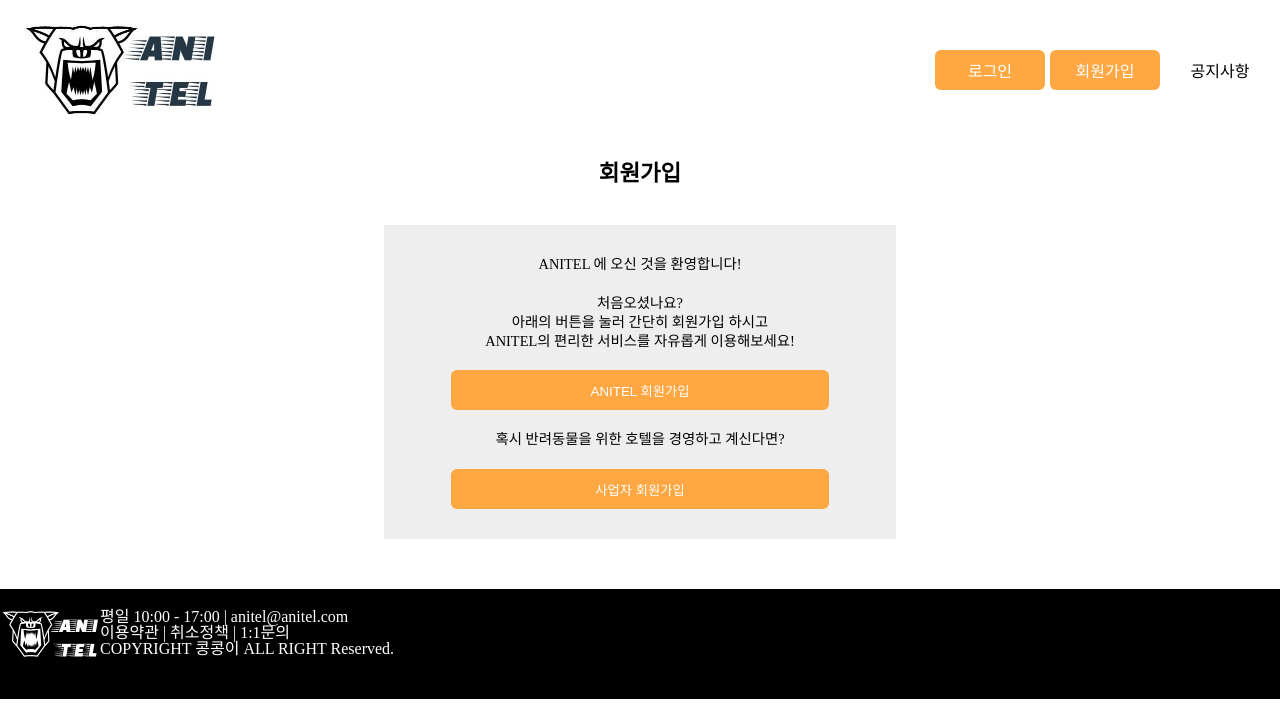
Repository: bangms/anitel
Page: http://localhost/anitel/anitel/member/signIn.jsp
These files come from the project's save history. The page is drawn as it stood at one moment and after the next save; the edit follows.
The browser window is 1280 px wide. The pictures show the whole page.
The page is served by Tomcat 9. Other server files are loaded and not shown.

Above is the page before, as saved 2021-06-30 16:12:39.

### workspace/anitel/WebContent/anitel/member/signIn.jsp
<%@ page language="java" contentType="text/html; charset=UTF-8"
    pageEncoding="UTF-8"%>
<!DOCTYPE html>
<html>
<head>
	<meta charset="UTF-8">
	<title>Insert title here</title>
	<link rel="stylesheet" href="style/style.css">
	<link rel="stylesheet" href="style/reset.css">
</head>
<body>
<div id="container">
	<div id="header">
		<div id="logo">
			<img src="imgs/logo.jpg" width="200px" height="100px">
		</div>
		<div id="button">
			<button id="notice">공지사항</button>
			<button id="signin">회원가입</button>
			<button id="login">로그인</button>
		</div>
	</div>
	<div id="signup_wrap">
    <h1 align="center">회원가입</h1>
		<div class="box_wrap">
			<p class="txt1"> ANITEL 에 오신 것을 환영합니다! </p>
			<p class="txt2"> 처음오셨나요?<br />
			아래의 버튼을 눌러 간단히 회원가입 하시고 <br />
			ANITEL의 편리한 서비스를 자유롭게 이용해보세요!
			</p>
			<button class="btn_user_signup" onclick="window.location='signInUserForm.jsp'">ANITEL 회원가입</button>
			<p> 혹시 반려동물을 위한 호텔을 경영하고 계신다면?</p>
			<button class="btn_mem_signup" onclick="window.location='signInMemberForm.jsp'">사업자 회원가입</button>
		</div>
   </div>

  <!-- 여기서부터 푸터입니다. 일단  DON't Touch !!!!!  -->
		<div id="footer">
			 <img src="imgs/logo2.png" width=100px; height=50px;>
			 <p> 평일 10:00 - 17:00 | anitel@anitel.com <br/>
			 이용약관 | 취소정책 | 1:1문의 <br/>
				COPYRIGHT 콩콩이 ALL RIGHT Reserved.</p>
			</div>
  </div>
</body>
</html>

### workspace/anitel/WebContent/anitel/member/style/style.css
 /* 공통 */
 html, body {
 	height: 100%;
 	width: 100%;
 }

#container {
  width: 100%;
}

#header {
	width: 100%;
  height: 140px;
	top:0;
	left: 0;
	background-color:white;
	display:inline-block;
}

#logo {
	width: 300px;
	height:100px;
	padding: 20px;
	float:left;
}

#button {
	height:140px;
	float:right;
}

#button > button {
	margin-top: 50px;
	border: none;
	border-radius: 6px;
 	width: 110px;
 	height:40px;
 	font-size: 16px;
 	cursor: pointer;
	color:white;
	float : right;
	margin-right: 5px;
	background-color:#FFA742;
}


#button button#notice{
	background-color: #fff;
	color:black;
}

#button button:hover{
	background-color:#FF822B !important;
	color:#fff !important;
}

#footer {
	height:70px;
	width:100%;
	background-color:black;
	color:white;
	padding: 20px 0;
	margin-top: 50px;
}

/* + 추가로 footer 글부분 수정 필요함 */

    p{
    	margin-top:10px;
    	font-size: 13px;
    	margin-left : 200px;

    }
    img {
    	float:left;
    	padding: 20px;
    	margin-top:-15px;
    	margin-left:40px;
    }


/* 회원가입 선택 */
#signup_wrap {
	width: 40%;
	margin: 0 auto;
}

#signup_wrap h1 {
	font-size: 1.4em;
	font-weight: bold;
	padding: 20px 0;
}

.box_wrap {
	background-color: #eee;
	margin-top: 20px;
	padding: 20px;
	font-size: 0.9em;
	text-align: center;
}
.box_wrap p {
	padding: 10px 0;
	line-height: 1.3em;
}

.box_wrap > button {
	height: 40px;
  width: 80%;
  margin: 10px 0;
  background-color: #FFA742;
  cursor: pointer;
  color: white;
  border: none;
  border-radius: 6px;
}

/* 사업자 회원가입 form */

.hidden {
	display:none;
}

.show {
	display:block;
}


/* 로그인 form */
.login_wrap {
width : 500px;
margin: 0 auto;
margin-bottom: 30px;
background-color: #fff;
}

.sel_wrap {
width: 100%;
height: 85px;
background: #999;
margin-bottom: 50px;
}

.login {
height: 70px;
float: left;
margin-top: 15px;
cursor: pointer;
color: black;
font-size:18px;
line-height: 70px;
}

.memberLogin {
width: 50%;
background: #999;
}

.userLogin {
width: 50%;
background: white;
}


.input {
width: 80%;
border: 1px solid gray;
padding: 10px 0;
border-radius: 10px;
margin-bottom: 10px;
}

.input_wrap {
margin-top: 10px;
}
.input_wrap > input {
background-color: transparent;
}

.btn_wrap {
width: 80%;
margin: 20px auto;
color: black;
}

.btn_wrap button {
width: 100%;
margin: 0 auto;
padding: 10px 0;
border-radius: 10px;
height: 40px;
margin-bottom: 10px;
cursor: pointer;
border: 0;
color:black;
}

button.btn_login {
  background-color: #555;
  color:white;
}

.btn_wrap > label {
  display: inline-flex;
}

Loaded but not shown: workspace/anitel/WebContent/anitel/member/style/reset.css (common file)

After the next save:
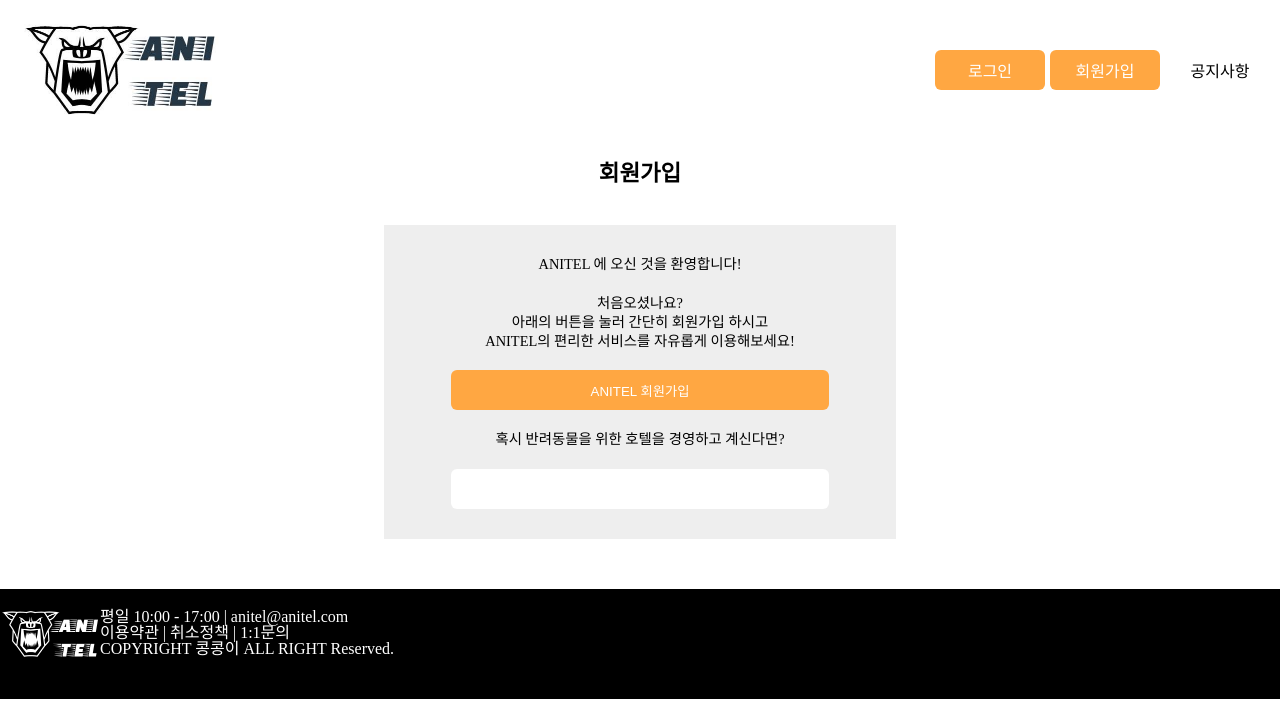
Saved 38 s later.
--- a/workspace/anitel/WebContent/anitel/member/style/style.css
+++ b/workspace/anitel/WebContent/anitel/member/style/style.css
@@ -114,6 +114,12 @@
   border-radius: 6px;
 }
 
+button.btn_mem_signup {
+	background-color: #fff;
+}
+
+
+
 /* 사업자 회원가입 form */
 
 .hidden {

After the save that followed:
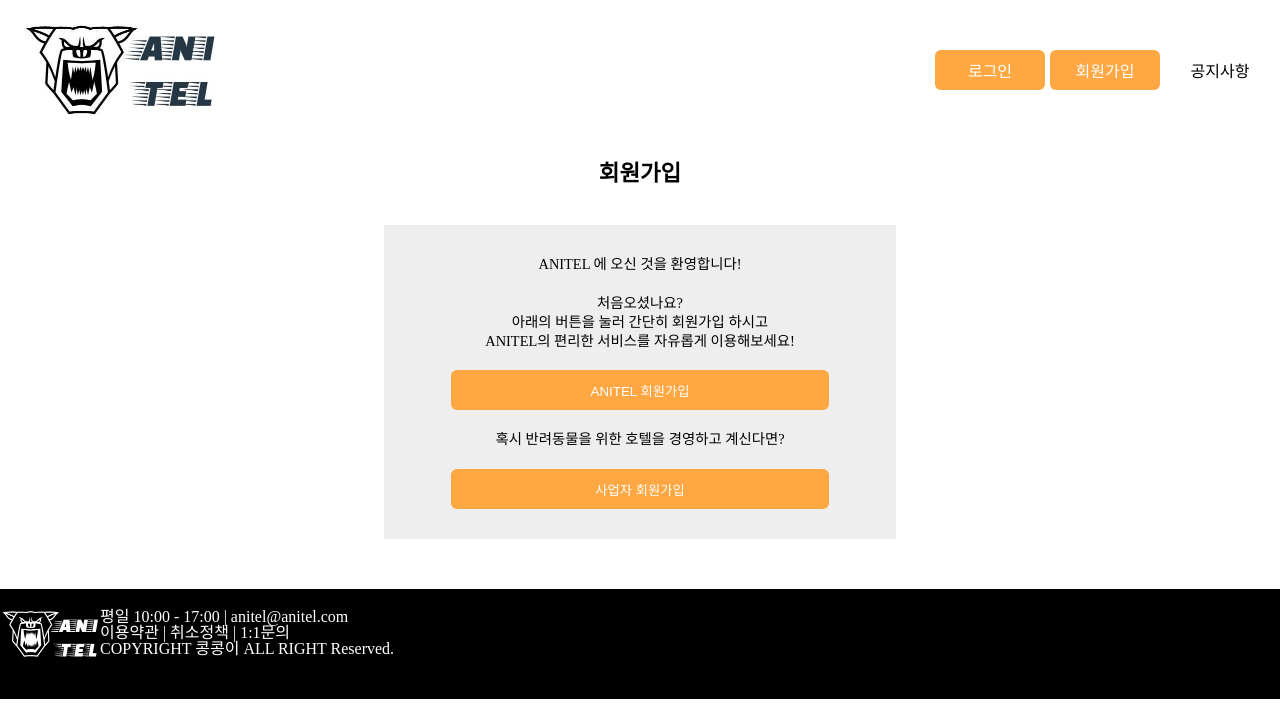
Saved 35 s later.
--- a/workspace/anitel/WebContent/anitel/member/style/style.css
+++ b/workspace/anitel/WebContent/anitel/member/style/style.css
@@ -115,7 +115,7 @@
 }
 
 button.btn_mem_signup {
-	background-color: #fff;
+
 }
 
 
